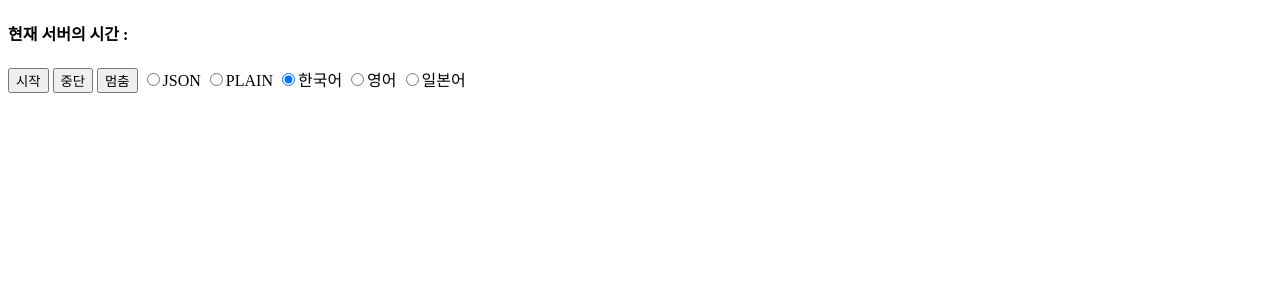
Repository: YOUNARAE/JSP
Page: http://localhost/WebStudy01/05/autoRequestCopy.jsp
The author's editor kept a copy of each file at every save. The page is drawn from the files as they stood at one save, then again after the next save.
The browser window is 1280 px wide. The pictures show the whole page.
The page is served by Tomcat 9. Other server files are loaded and not shown.

Above is the page before, as saved 2022-12-13 11:22:21.

### WebStudy01/src/main/webapp/05/autoRequestCopy.jsp
<%@page import="java.util.Locale"%>
<%@page import="java.util.Date"%>
<%@ page language="java" contentType="text/html; charset=UTF-8"
    pageEncoding="UTF-8"%>
<!DOCTYPE html>
<html>
<head>
<meta charset="UTF-8">
<title>05/autoRequest.jsp</title>
<script type="text/javascript" src="${pageContext.request.contextPath}/resources/jquery-3.6.1.min.js"></script>
</head>
<body>
<!-- 문제 : radio버튼을 이용해서 파일 형식에 맞게 출력될 수 있도록하고,시작,중단버튼을 이용해서
          시간 제어가 가능해야한다. -->
<h4>현재 서버의 시간 : <span class="timeArea"></span></h4>
<button class="controlBtn"  data-control-type="START">시작</button>
<button class="controlBtn"  data-control-type="STOP">중단</button>
<button class="controlBtn disabled" data-control-type="STOP">멈춤</button>
<input type="radio" name="dataType" data-data-type="json" />JSON
<input type="radio" name="dataType" data-data-type="text" />PLAIN
<input type="radio" name="locale" value="<%=Locale.KOREAN.toLanguageTag()%>" checked />한국어
<input type="radio" name="locale" value="<%=Locale.ENGLISH.toLanguageTag()%>" />영어
<input type="radio" name="locale" value="<%=Locale.JAPANESE.toLanguageTag()%>" />일본어
</body>
</html>

Loaded but not shown: WebStudy01/src/main/webapp/resources/jquery-3.6.1.min.js (library)

After the next save:
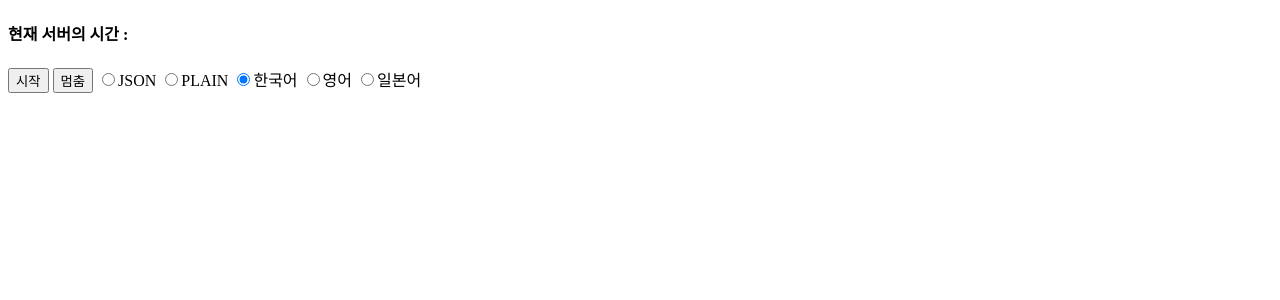
Saved 6 s later.
--- a/WebStudy01/src/main/webapp/05/autoRequestCopy.jsp
+++ b/WebStudy01/src/main/webapp/05/autoRequestCopy.jsp
@@ -14,8 +14,7 @@
           시간 제어가 가능해야한다. -->
 <h4>현재 서버의 시간 : <span class="timeArea"></span></h4>
 <button class="controlBtn"  data-control-type="START">시작</button>
-<button class="controlBtn"  data-control-type="STOP">중단</button>
-<button class="controlBtn disabled" data-control-type="STOP">멈춤</button>
+<button class="controlBtn"  data-control-type="STOP">멈춤</button>
 <input type="radio" name="dataType" data-data-type="json" />JSON
 <input type="radio" name="dataType" data-data-type="text" />PLAIN
 <input type="radio" name="locale" value="<%=Locale.KOREAN.toLanguageTag()%>" checked />한국어
